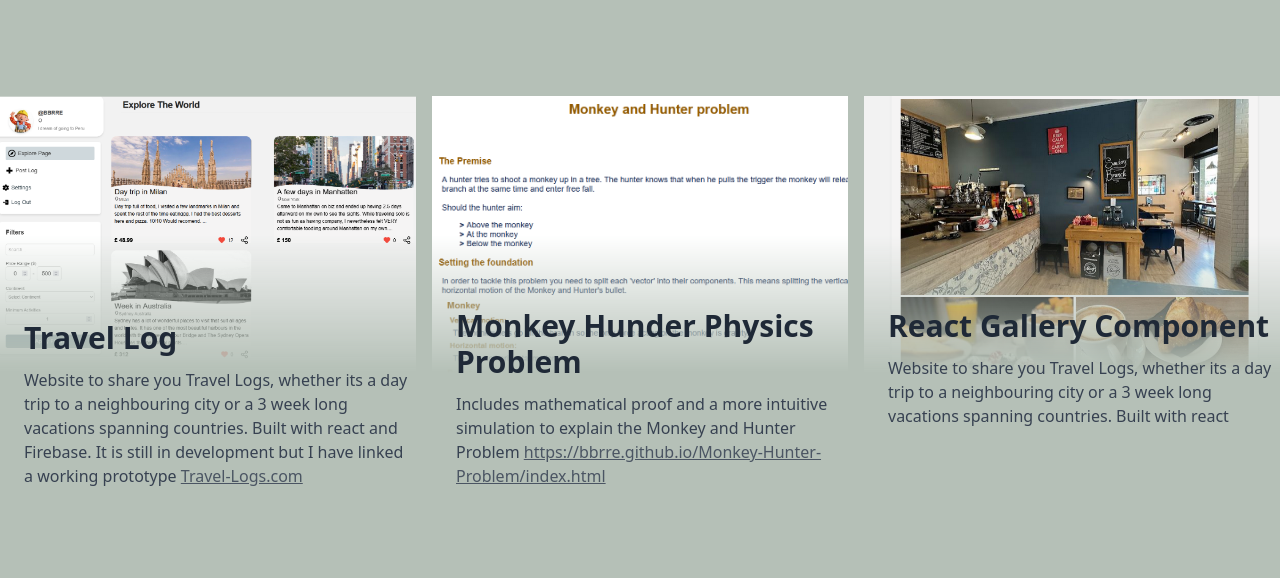
Repository: BBRRE/Portfolio-V2
Page: /#/Computer-Sci
The author's editor kept a copy of each file at every save. The page is drawn from the files as they stood at one save, then again after the next save.
The browser window is 1280 px wide. The pictures show the whole page.
Some web fonts or font styles are not loaded; a fallback is used. The project was rebuilt for these pictures with package versions that can differ from the ones it lists, and the page was loaded fresh each time. Also part of the build but not shown: vite.config.js, src/Subjects/Archi.jsx, src/Subjects/EEng.jsx, src/Subjects/Other.jsx, src/Projects Overview.jsx, src/HomePage.jsx, src/ErrorBoundary.jsx.

Above is the page before, as saved 2024-11-29 09:16:19.

After the next save:
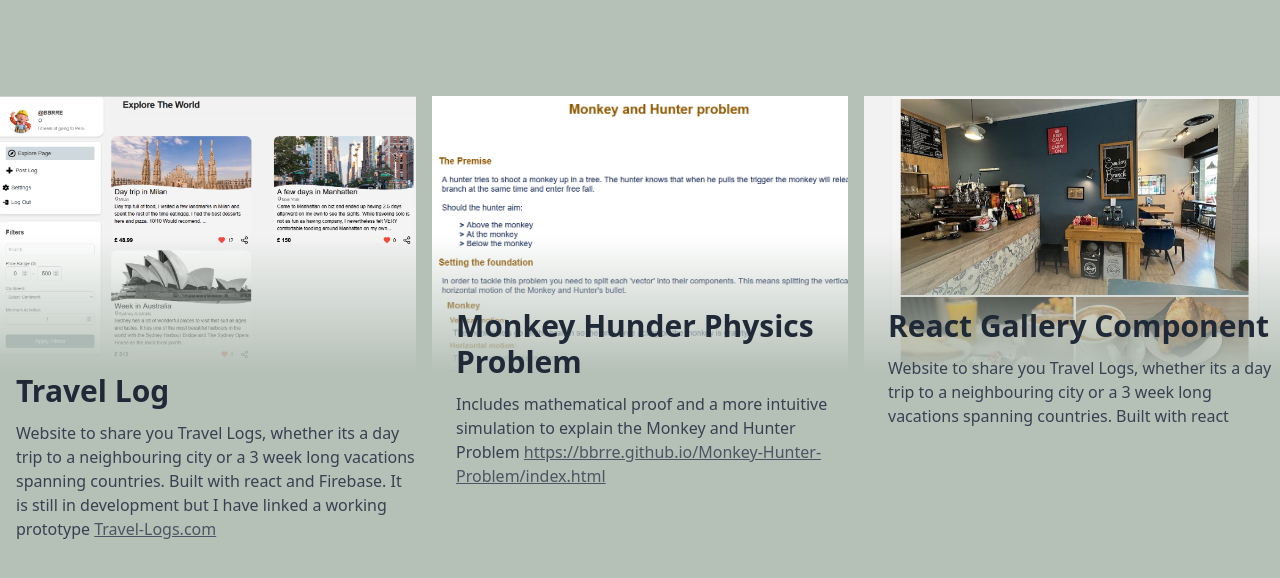
Saved 47 s later.
--- a/src/Subjects/CompSci.jsx
+++ b/src/Subjects/CompSci.jsx
@@ -6,9 +6,9 @@ import tr from '../assets/tra.png'
 const CompSci = () => {
   return (
     <div className='bg-[#B5C0B7] w-full h-auto min-h-screen flex gap-4'>
-      <div className='relative mx-auto mt-24 w-[700px] h-[400px]'>
+      <div className='flex flex-col mx-auto mt-24 w-[700px]'>
         <img src={cs} style={{ WebkitMaskImage: 'linear-gradient(to top, transparent 0%, black 50%)' }} />
-        <div className=" absolute bottom-2 left-2 flex flex-col ml-4 gap-3 justify-center">
+        <div className="  flex flex-col ml-4 gap-3 justify-center">
           <h2 className=" text-left text-xl md:text-2xl lg:text-3xl font-semibold text-gray-800">
             Travel Log
           </h2>
